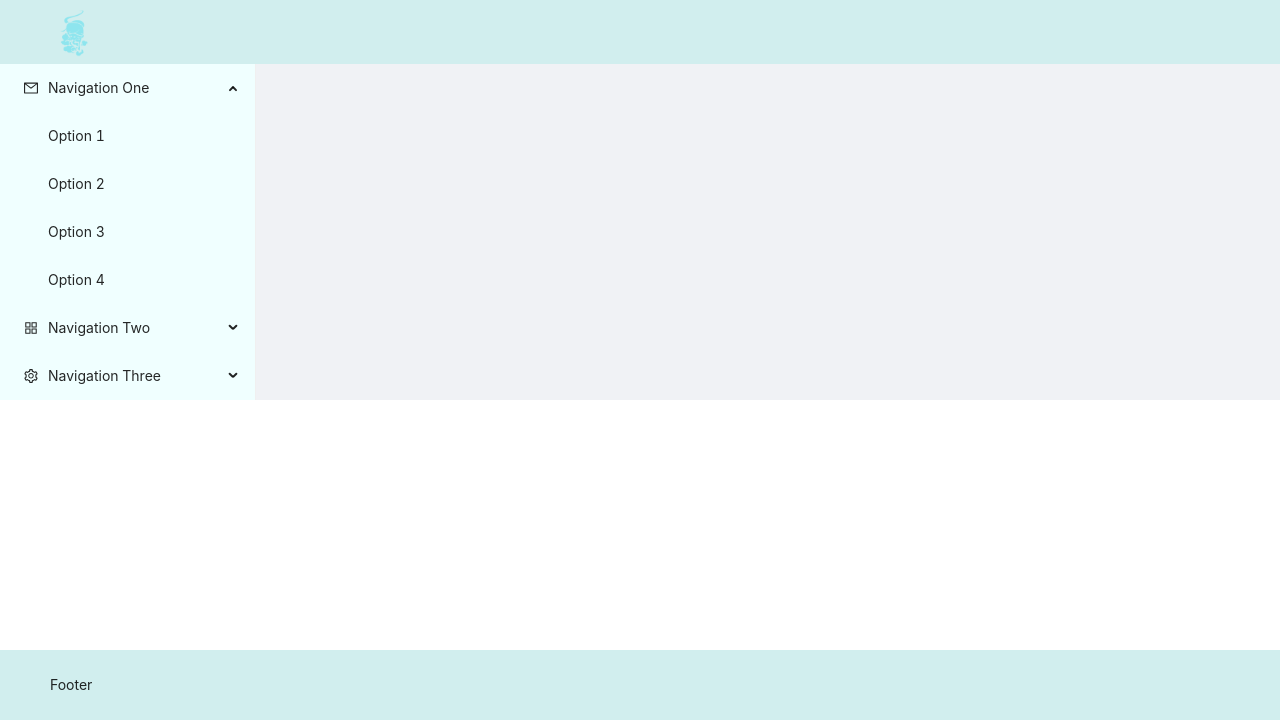
Repository: fangxueliang/react-redux-
Page: /
An editor plug-in stored every save of this project. The page is shown before and after the next save, followed by the edit.
The browser window is 1280 px wide. The pictures show the whole page.
The project was rebuilt for these pictures with package versions that can differ from the ones it lists, and the page was loaded fresh each time.

Above is the page before, as saved 2020-12-30 09:45:48.

### public/index.html
<!DOCTYPE html>
<html lang="en">
  <head>
    <meta charset="utf-8" />
    <meta name="theme-color" content="#000000" />
    <meta name="description" content="Web site created using create-react-app" />
    <title>React App</title>
  </head>
  <body>
    <div id="root"></div>
  </body>
</html>

### src/index.js
// 主入口文件
//主入口
import React from 'react';//引入react
import ReactDOM from 'react-dom';
import { Main } from './Pages';//引入Main文件

import 'antd/dist/antd.css'//antd样式
import './Common/CSS/layout.css'//布局样式

ReactDOM.render(
  <div style={{ width: '100%', height: '100%' }}>
    <Main />
  </div>,
  document.getElementById('root')
);

### src/Pages/index.js
import React, { useState } from 'react';
import { Layout } from 'antd'
import { MenuSider } from "./Menu/menu";
import { HeaderCommon } from "./Header/header";

const { Header, Footer, Content, Sider } = Layout
export const Main = () => {
    return (
        <Layout>
            <div className="Home_layout">
                {/* 头部header */}
                <Header> <HeaderCommon /> </Header>
                <Layout>
                    {/* 左侧导航Sider */}
                    <Sider>
                        <MenuSider />
                    </Sider>
                    {/* 主要内容Content */}
                    <Content> Content </Content>
                </Layout>
                {/* 底部footer */}
                <Footer> Footer </Footer>
            </div>
        </Layout>
    );
}

### src/Common/CSS/layout.css
/* 布局样式  */
.Home_layout .ant-layout-header {
    background: #D1EEEE;
}

.Home_layout .ant-layout-footer {
    position: fixed;
    bottom: 0;
    width: 100%;
    background: #D1EEEE;
}

.Home_layout .ant-layout-content {
    background: #FDF5E6；
}

.Home_layout .ant-layout-sider .ant-menu {
    height: 100%;
    background: #F0FFFF;
}

### src/Pages/Menu/menu.js
import { render } from '@testing-library/react';
import React, { useState, useEffect } from 'react';
import { Menu } from 'antd';
import { AppstoreOutlined, MailOutlined, SettingOutlined } from '@ant-design/icons';

const { SubMenu } = Menu;
const rootSubmenuKeys = ['sub1', 'sub2', 'sub4'];
export const MenuSider = () => {
    const [openKeys, setOpenKeys] = React.useState(['sub1']);
    const onOpenChange = keys => {
        const latestOpenKey = keys.find(key => openKeys.indexOf(key) === -1);
        if (rootSubmenuKeys.indexOf(latestOpenKey) === -1) {
            setOpenKeys(keys);
        } else {
            setOpenKeys(latestOpenKey ? [latestOpenKey] : []);
        }
    };
    return (
        <Menu mode="inline" openKeys={openKeys} onOpenChange={onOpenChange} style={{ width: 256 }}>
            <SubMenu key="sub1" icon={<MailOutlined />} title="Navigation One">
                <Menu.Item key="1">Option 1</Menu.Item>
                <Menu.Item key="2">Option 2</Menu.Item>
                <Menu.Item key="3">Option 3</Menu.Item>
                <Menu.Item key="4">Option 4</Menu.Item>
            </SubMenu>
            <SubMenu key="sub2" icon={<AppstoreOutlined />} title="Navigation Two">
                <Menu.Item key="5">Option 5</Menu.Item>
                <Menu.Item key="6">Option 6</Menu.Item>
                <SubMenu key="sub3" title="Submenu">
                    <Menu.Item key="7">Option 7</Menu.Item>
                    <Menu.Item key="8">Option 8</Menu.Item>
                </SubMenu>
            </SubMenu>
            <SubMenu key="sub4" icon={<SettingOutlined />} title="Navigation Three">
                <Menu.Item key="9">Option 9</Menu.Item>
                <Menu.Item key="10">Option 10</Menu.Item>
                <Menu.Item key="11">Option 11</Menu.Item>
                <Menu.Item key="12">Option 12</Menu.Item>
            </SubMenu>
        </Menu>
    )
}

### src/Pages/Header/header.js
import React from 'react';
import logo from "../../Asset/img/logo.png";
import './header.css'

export const HeaderCommon = () => {
    return (
        <div className="header">
            <div className="header_item">
                <img src={logo} className="logo" alt="蓝龙" />
            </div>
            <div className="header_item"></div>
            <div className="header_item"></div>
        </div>
    )
}

### src/Pages/Header/header.css
.header {
    display: flex;
    width: 100%;
    height: 100%;
    justify-content: space-between;
}

.header_item {
    display: inline-block;
}

.header_item .logo {
    width: 48px;
    height: 48px;
}

After the next save:
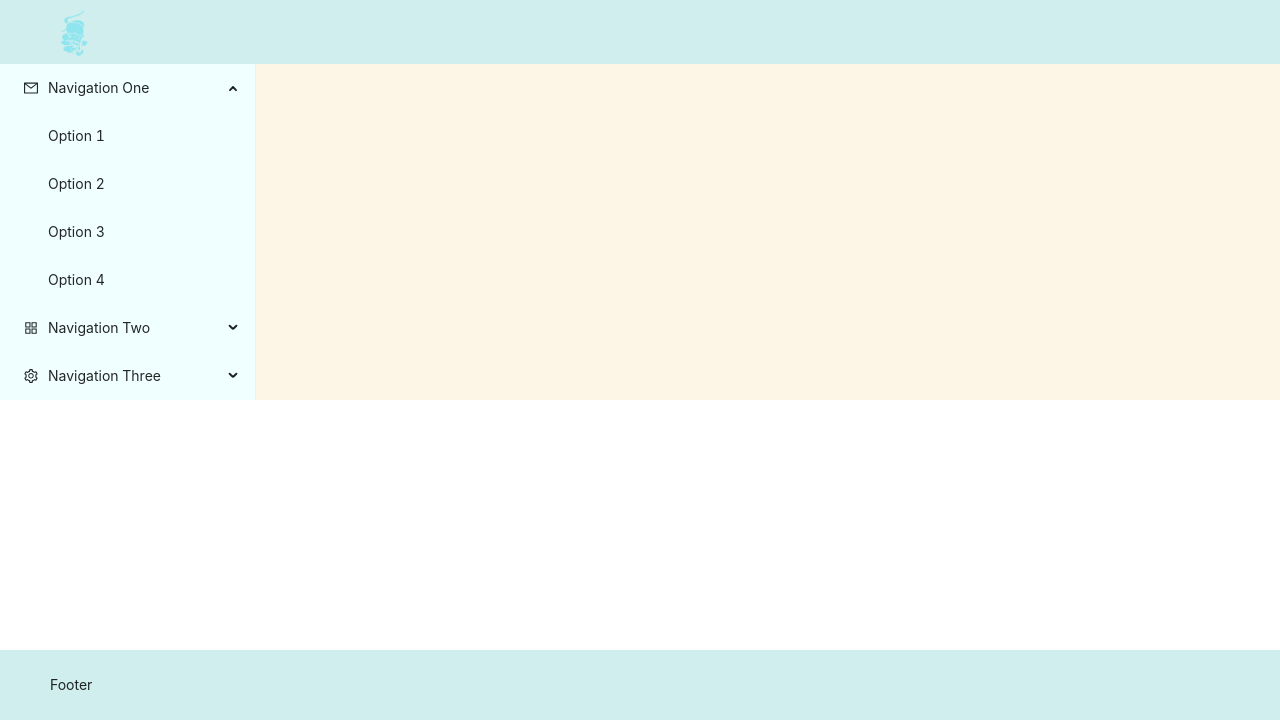
Saved 4 s later.
--- a/src/Common/CSS/layout.css
+++ b/src/Common/CSS/layout.css
@@ -11,7 +11,7 @@
 }
 
 .Home_layout .ant-layout-content {
-    background: #FDF5E6；
+    background: #FDF5E6;
 }
 
 .Home_layout .ant-layout-sider .ant-menu {

After the save that followed:
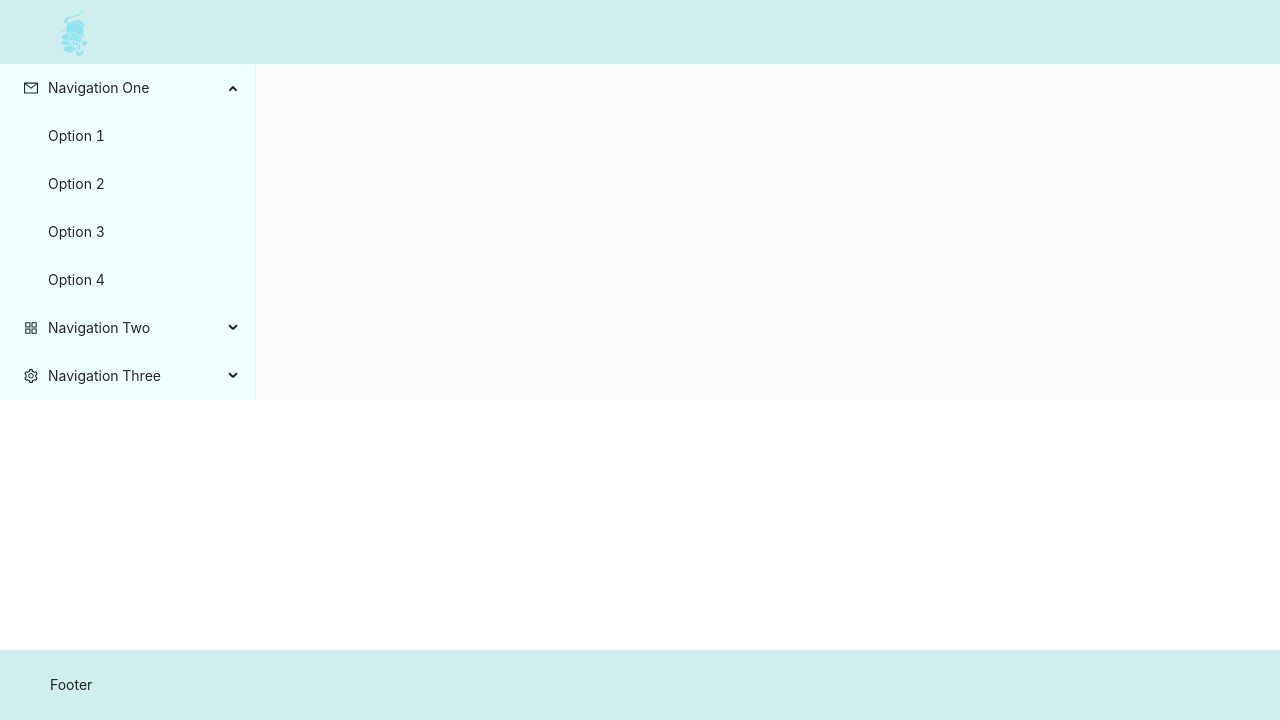
Saved 19 s later.
--- a/src/Common/CSS/layout.css
+++ b/src/Common/CSS/layout.css
@@ -11,7 +11,7 @@
 }
 
 .Home_layout .ant-layout-content {
-    background: #FDF5E6;
+    background: #FCFCFC;
 }
 
 .Home_layout .ant-layout-sider .ant-menu {
